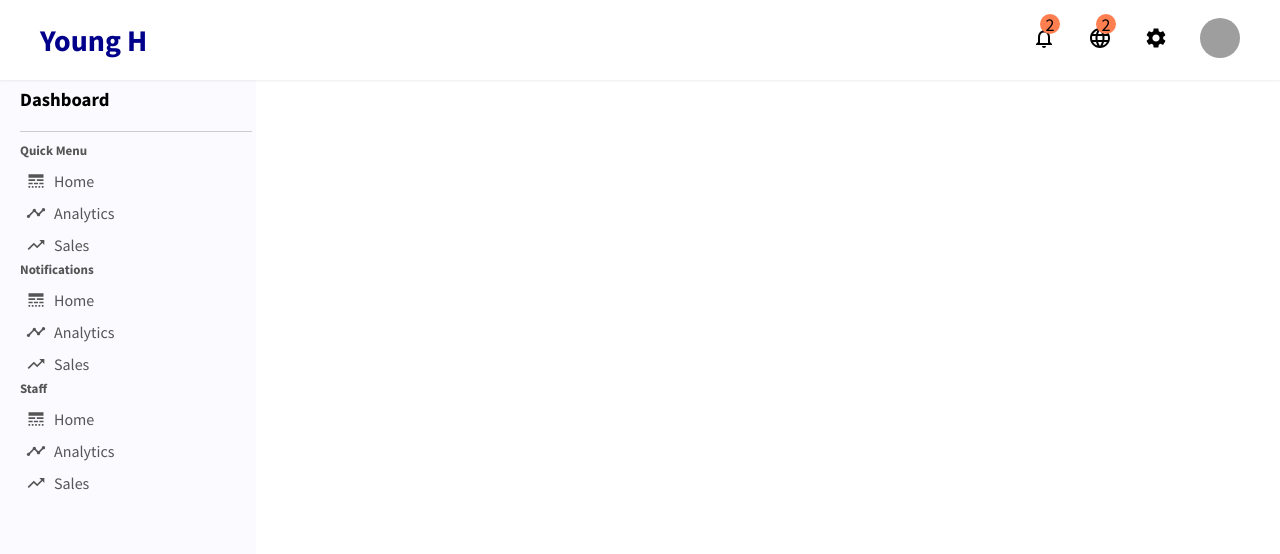
Repository: noname20011/admin
Page: /
The author's editor kept a copy of each file at every save. The page is drawn from the files as they stood at one save, then again after the next save.
The browser window is 1280 px wide. The pictures show the whole page.
Pictures or frames that could not be fetched are drawn as grey boxes. The project was rebuilt for these pictures with package versions that can differ from the ones it lists, and the page was loaded fresh each time.

Above is the page before, as saved 2021-11-13 10:07:12.

### public/index.html
<!DOCTYPE html>
<html lang="en">
  <head>
    <meta charset="utf-8" />
    <link rel="icon" href="%PUBLIC_URL%/favicon.ico" />
    <meta name="viewport" content="width=device-width, initial-scale=1" />
    <meta name="theme-color" content="#000000" />
    <meta
      name="description"
      content="Web site created using create-react-app"
    />
    <!-- GOOGLE FONTS -->
    <link href="https://fonts.googleapis.com/css2?family=Source+Sans+Pro:wght@200;300;400;600;700;900&display=swap" rel="stylesheet">
    <style>
      * {
        font-family: 'Source Sans Pro', sans-serif;
        padding: 0;
        margin: 0;
      }
    </style>
    <title>React Admin App</title>
  </head>
  <body>
    <div id="root"></div>
  </body>
</html>

### src/App.js
import Topbar from "./comopnents/topbar/Topbar";
import Sidebar from "./comopnents/sidebar/Sidebar";
import './app.css'
function App() {
  return (
    <div>
      <Topbar/>
      <div className="container">
        <Sidebar/>
        <div className="other">

        </div>
      </div>
    </div>
  );
}

export default App;

### src/comopnents/topbar/Topbar.jsx
import React from 'react'
import './topbar.css'

import { Language, NotificationsNone, Settings  } from '@material-ui/icons'

export default function Topbar() {
    return (
        <div className="topbar">
            <div className="topbarWrapper">
                <div className="topLeft">
                    <div className="logo">Young H</div>
                </div>
                <div className="topRight">
                    <div className="topbarIconContainer">
                        <NotificationsNone/>
                        <div className="topIconsBadge">2</div>
                    </div>
                    <div className="topbarIconContainer">
                        <Language/>
                        <div className="topIconsBadge">2</div>
                    </div>
                    <div className="topbarIconContainer">
                        <Settings/>
                    </div>
                    <div>
                        <img src="https://images.pexels.com/photos/1526814/pexels-photo-1526814.jpeg?auto=compress&cs=tinysrgb&dpr=2&w=500" alt="admin" className="topAvatar"/>
                    </div>
                </div>
            </div>
        </div>
    )
}

### src/comopnents/sidebar/Sidebar.jsx
import { LineStyle, Timeline, TrendingUp } from '@material-ui/icons'
import React from 'react'
import "./sidebar.css"
export default function Sidebar() {
    return (
        <div className="sidebar">
            <div className="sidebarWrapper">
                <h3 className="sidebarTitle">Dashboard</h3>
                <div className="sideMenu">
                    <h4 className="sidebarMenuTitle">Quick Menu</h4>
                    <ul className="sidebarLists">
                        <li className="sidebarListItem">
                            <LineStyle className="sidebarIcon"/>
                            Home
                        </li>
                        <li className="sidebarListItem">
                            <Timeline className="sidebarIcon"/>
                            Analytics
                        </li>
                        <li className="sidebarListItem">
                            <TrendingUp className="sidebarIcon"/>
                            Sales
                        </li>
                    </ul>
                </div>
                <div className="sideMenu">
                    <h4 className="sidebarMenuTitle">Notifications</h4>
                    <ul className="sidebarLists">
                        <li className="sidebarListItem">
                            <LineStyle className="sidebarIcon"/>
                            Home
                        </li>
                        <li className="sidebarListItem">
                            <Timeline className="sidebarIcon"/>
                            Analytics
                        </li>
                        <li className="sidebarListItem">
                            <TrendingUp className="sidebarIcon"/>
                            Sales
                        </li>
                    </ul>
                </div>
                <div className="sideMenu">
                    <h4 className="sidebarMenuTitle">Staff</h4>
                    <ul className="sidebarLists">
                        <li className="sidebarListItem">
                            <LineStyle className="sidebarIcon"/>
                            Home
                        </li>
                        <li className="sidebarListItem">
                            <Timeline className="sidebarIcon"/>
                            Analytics
                        </li>
                        <li className="sidebarListItem">
                            <TrendingUp className="sidebarIcon"/>
                            Sales
                        </li>
                    </ul>
                </div>
            </div>
        </div>
    )
}

### src/app.css
ul, li {
    list-style: none;
}

a {
    text-decoration: none;
}

.container {
    display: flex;
}

.other {
    flex: 4;
}

### src/comopnents/topbar/topbar.css
.topbar {
    width: 100%;
    height: 80px;
    background: #fff;
    box-shadow: 0 .5px 2px rgba(0, 0, 0, 0.07);

    position: sticky;
    top: 0;
    z-index: 1000;
}

.topbarWrapper {
    height: 100%;
    padding: 0 40px;
    display: flex;
    justify-content: space-between;
    align-items: center;
}

.logo {
    font-weight: bold;
    font-size: 30px;
    color: darkblue;
    cursor: pointer;
}

.topRight {
    display: flex;
    align-items: center;
    column-gap: 2rem;
}
.topbarIconContainer {
    position: relative;
    cursor: pointer;
}

.topIconsBadge {
    font-size: 18px;
    position: absolute;
    top: -12px;
    right: -4px;

    width: 20px;
    height: 20px;
    background-color: coral;
    border-radius: 50%;

    display: flex;
    place-content: center;
    place-items: center;
}

.topAvatar {
    width: 40px;
    height: 40px;
    object-fit: cover;
    border-radius: 50%;
    cursor: pointer;
}

### src/comopnents/sidebar/sidebar.css
.sidebar {
    flex: 1;
    background-color: rgb(251, 251, 255);
    position: sticky;
    top: 80px;
    height: calc(100vh - 80px);
}

.sidebarWrapper {
    padding: 8px 4px 0 20px;
}

.sidebarTitle {
    padding-bottom: 20px;
    margin-bottom: 10px;
    border-bottom: 1px solid #ccc;
}

.sidebarMenu {
    margin-bottom: 10px;
}

.sidebarMenuTitle {
    color: #555;
    font-size: 13px;
    margin-bottom: 6px;
}

.sidebarListItem {
    display: flex;
    align-items: center;
    column-gap: .5rem;

    padding: 6px;
    color: #555;
    cursor: pointer;
    border-radius: .3rem;
}

.sidebarListItem.active,
.sidebarListItem:hover {
    background:rgba(0, 0, 134, 0.6);
    color: #fff;
}

.sidebarIcon {
    font-size: 20px!important;
}

Loaded but not shown: src/index.js (common file)

After the next save:
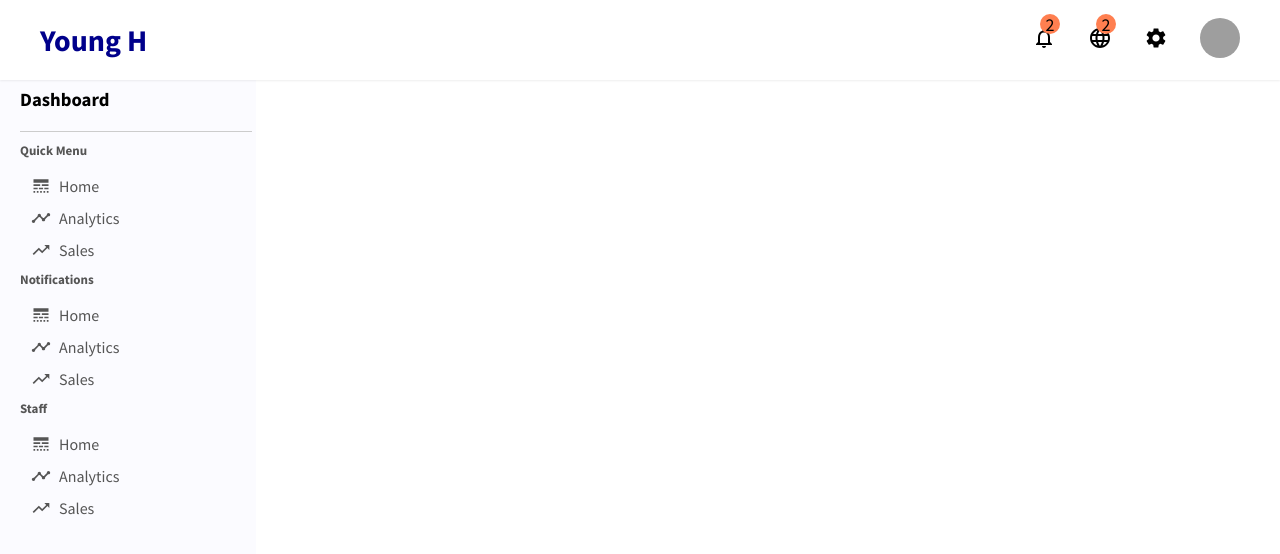
Saved 15 s later.
--- a/src/comopnents/sidebar/sidebar.css
+++ b/src/comopnents/sidebar/sidebar.css
@@ -26,6 +26,10 @@
     margin-bottom: 6px;
 }
 
+.sidebarLists {
+    padding: 5px;
+}
+
 .sidebarListItem {
     display: flex;
     align-items: center;
